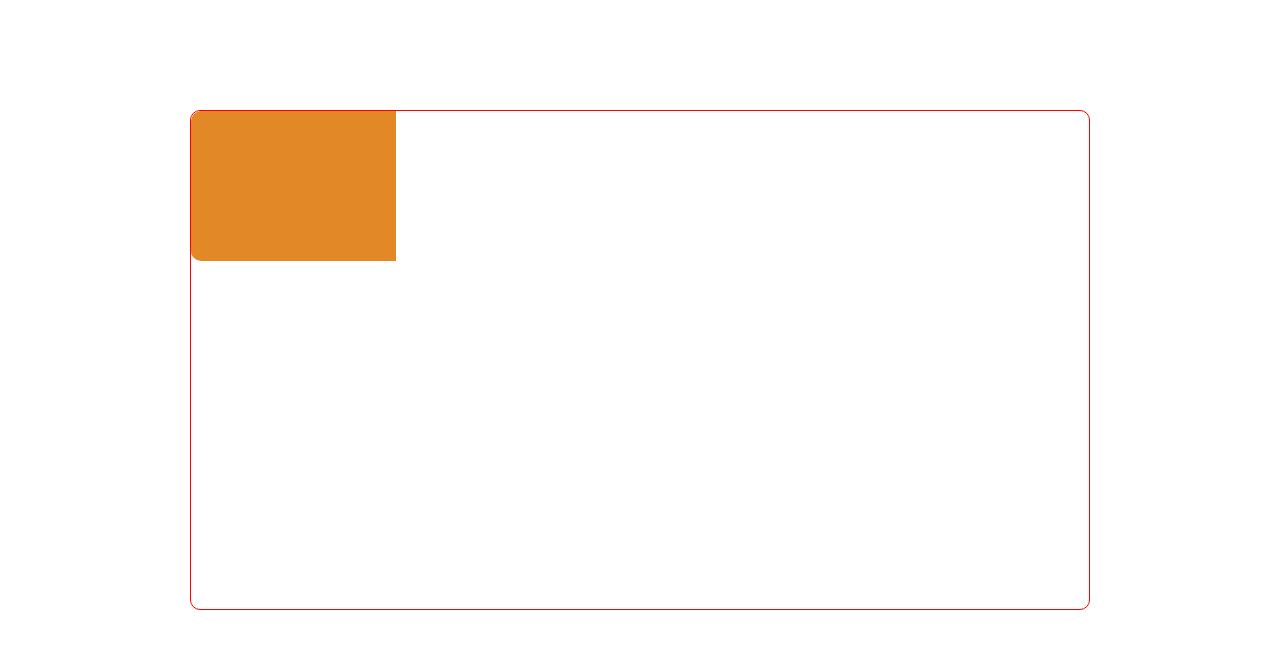
Repository: KamoliddinGIT/column-preview-card
Page: index.html
An editor plug-in stored every save of this project. The page is shown before and after the next save, followed by the edit.
The browser window is 1280 px wide. The pictures show the whole page.

Above is the page before, as saved 2023-09-15 16:27:30.

### index.html
<!DOCTYPE html>
<html lang="en">
  <head>
    <meta charset="UTF-8" />
    <meta name="viewport" content="width=device-width, initial-scale=1.0" />
    <link
      rel="icon"
      type="image/png"
      sizes="32x32"
      href="./images/favicon-32x32.png"
    />
    <link rel="stylesheet" href="./css/style.css" />
    <title>3-column preview card component</title>
  </head>
  <body>
    <div class="container">
      <div class="card__1"></div>
      <div class="card 2"></div>
      <div class="card 3"></div>
    </div>
  </body>
</html>

### css/style.css
* {
  margin: 0;
  padding: 0;
  box-sizing: border-box;
}

body {
  display: flex;
  justify-content: center;
  align-items: center;
  width: 100%;
  height: 100vh;
}

.container {
  display: flex;
  flex-direction: row;
  border-radius: 10px;
  width: 900px;
  height: 500px;
  color: hsla(0, 0%, 100%, 0.75);
  border: 1px solid red;
}

.card__1 {
  width: 205px;
  height: 150px;
  background-color: hsl(31, 77%, 52%);
  border-top-left-radius: 10px;
  border-bottom-left-radius: 10px;
  padding: 45px;
}

After the next save:
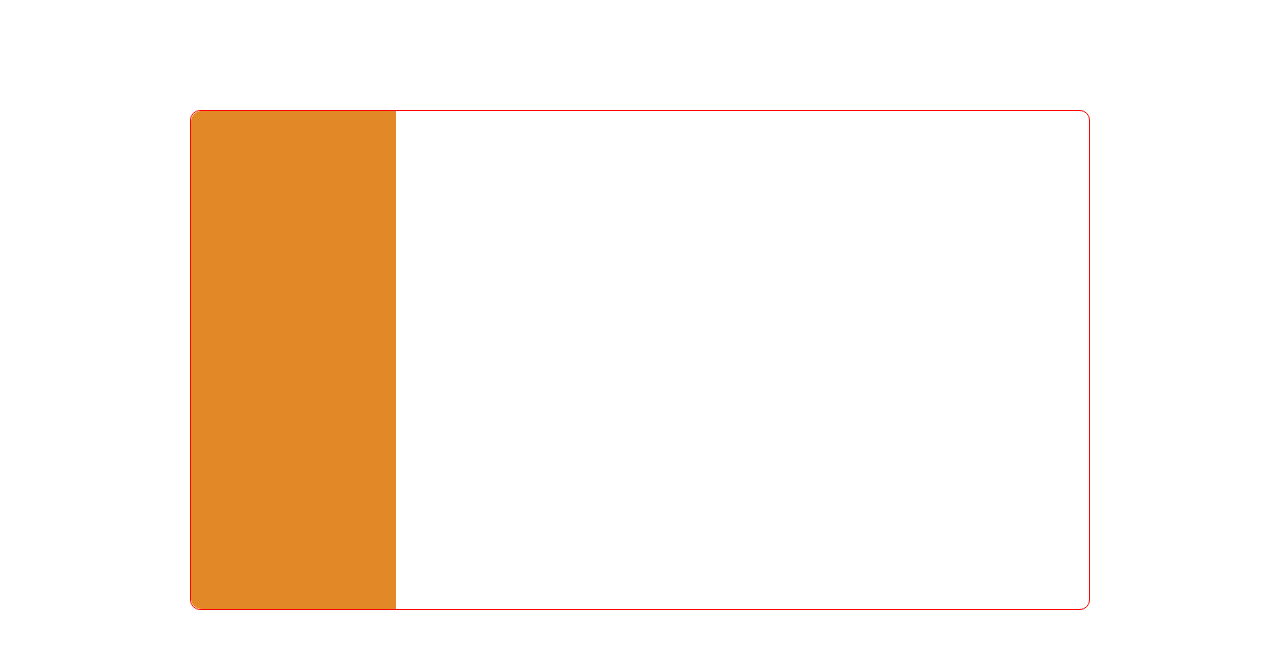
Saved 20 s later.
--- a/css/style.css
+++ b/css/style.css
@@ -24,7 +24,7 @@ body {
 
 .card__1 {
   width: 205px;
-  height: 150px;
+  height: 100%;
   background-color: hsl(31, 77%, 52%);
   border-top-left-radius: 10px;
   border-bottom-left-radius: 10px;
